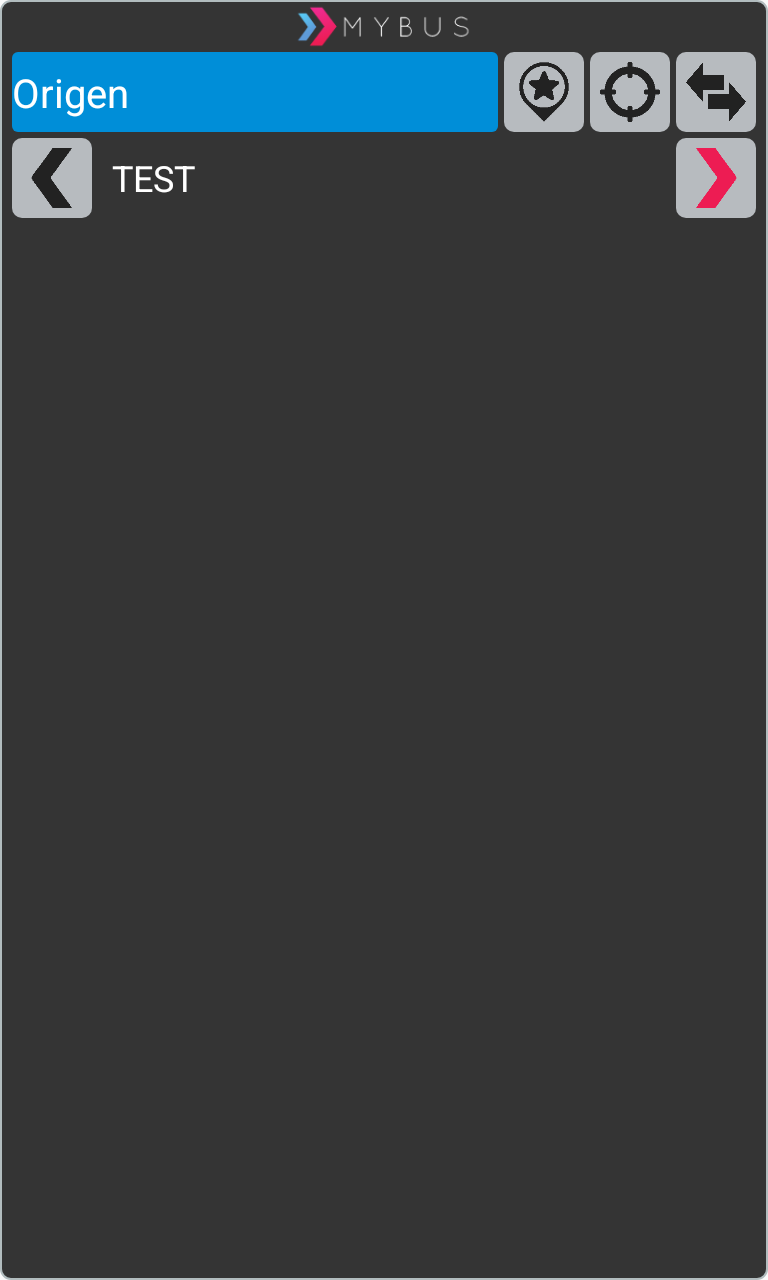
Repository: cooliopas/MyBus
Layout: MyBusAndroid/res/layout/fragment_filters.xml
The author's editor kept a copy of each file at every save. The layout is drawn from the files as they stood at one save, then again after the next save.
It is drawn on a 768 x 1280 px phone screen (xhdpi) without system bars, with theme AppTheme; the app's code is not run.

Above is the layout before, as saved 2014-08-30 21:06:55.

### MyBusAndroid/res/layout/fragment_filters.xml
<?xml version="1.0" encoding="utf-8"?>
<LinearLayout xmlns:android="http://schemas.android.com/apk/res/android"
    android:id="@+id/layout_main_filter"
    android:layout_width="match_parent"
    android:layout_height="wrap_content"
    android:background="@layout/layout_bg"
    android:gravity="center|top"
    android:orientation="vertical" >

    <LinearLayout
        android:layout_width="match_parent"
        android:layout_height="26dp"
        android:gravity="center"
        android:paddingBottom="1dp"
        android:paddingTop="1dp" >

        <ImageView
            android:id="@+id/imageView1"
            android:layout_width="100dp"
            android:layout_height="24dp"
            android:scaleType="fitCenter"
            android:src="@drawable/logoblanco" />

    </LinearLayout>

    <LinearLayout
        android:layout_width="match_parent"
        android:layout_height="wrap_content"
        android:layout_marginBottom="3dp"
        android:background="@null"
        android:orientation="horizontal"
        android:paddingLeft="3dp"
        android:paddingRight="3dp" >

        <LinearLayout
            android:id="@+id/layout_orig_dest"
            android:layout_width="match_parent"
            android:layout_height="match_parent"
            android:layout_marginLeft="3dp"
            android:layout_weight="1"
            android:background="@layout/statusmode_origin"
            android:gravity="center|left" >

            <TextView
                android:id="@+id/tv_orig_dest"
                android:layout_width="wrap_content"
                android:layout_height="wrap_content"

                android:text="@string/Origin"
                android:textAppearance="?android:attr/textAppearanceSmall"
                android:textColor="@color/pure_white"
                android:textSize="20dp"
                android:typeface="sans" />

        </LinearLayout>

        <LinearLayout
            android:layout_width="wrap_content"
            android:layout_height="match_parent"
            android:gravity="center|right" >

            <LinearLayout
                android:id="@+id/Layout_star"
                android:layout_width="wrap_content"
                android:layout_height="wrap_content"
                android:background="@null" >

                <ImageButton
                    android:id="@+id/b_favorites"
                    style="@style/ButtonDefaultStyle"
                    android:layout_marginLeft="3dp"
                    android:padding="5dp"
                    android:scaleType="fitXY"
                    android:src="@drawable/favorite" />

            </LinearLayout>

            <LinearLayout
                android:id="@+id/Layout_gps"
                android:layout_width="wrap_content"
                android:layout_height="wrap_content"
                android:background="@null" >

                <ImageButton
                    android:id="@+id/b_gps"
                    style="@style/ButtonDefaultStyle"
                    android:layout_marginLeft="3dp"
                    android:padding="5dp"
                    android:scaleType="fitXY"
                    android:src="@drawable/location" />

            </LinearLayout>

            <LinearLayout
                android:layout_width="wrap_content"
                android:layout_height="wrap_content" >

                <ImageButton
                    android:id="@+id/b_switch"
                    style="@style/ButtonDefaultStyle"
                    android:layout_marginLeft="3dp"
                    android:layout_marginRight="3dp"
                    android:cropToPadding="false"
                    android:padding="5dp"
                    android:scaleType="fitXY"
                    android:src="@drawable/cambio" />

            </LinearLayout>

        </LinearLayout>

    </LinearLayout>

    <RelativeLayout
        android:layout_width="wrap_content"
        android:layout_height="wrap_content"
        android:background="@null"
        android:paddingBottom="5dp"
        android:paddingLeft="3dp"
        android:paddingRight="3dp" >

        <LinearLayout
            android:id="@+id/Layout_origin"
            android:layout_width="match_parent"
            android:layout_height="wrap_content"
            android:background="@null"
            android:gravity="center"
            android:visibility="visible" >

            <ImageButton
                android:id="@+id/b_back_1"
                style="@style/ButtonDefaultStyle"
                android:layout_marginLeft="3dp"
                android:padding="5dp"
                android:scaleType="fitXY"
                android:src="@drawable/backhome" />

            <EditText
                android:id="@+id/et_origin"
                android:layout_width="match_parent"
                android:layout_height="match_parent"
                android:layout_marginLeft="10dp"
                android:layout_marginRight="10dp"
                android:layout_weight="1"
                android:background="@color/mybus_gray_dark"
                android:ems="10"
                android:hint="@string/IngreseOrigen"
                android:inputType="textPersonName"
                android:text="TEST"
                android:textColor="@color/white"
                android:typeface="sans" />

            <ImageButton
                android:id="@+id/b_confirm_origin"
                style="@style/ButtonDefaultStyle"
                android:layout_height="40dp"
                android:layout_marginRight="3dp"
                android:padding="5dp"
                android:scaleType="fitXY"
                android:src="@drawable/nextdestino" />

        </LinearLayout>

        <LinearLayout
            android:id="@+id/Layout_destiny"
            android:layout_width="match_parent"
            android:layout_height="wrap_content"
            android:background="@null"
            android:gravity="center"
            android:visibility="invisible" >

            <ImageButton
                android:id="@+id/b_back_2"
                style="@style/ButtonDefaultStyle"
                android:layout_marginLeft="3dp"
                android:padding="5dp"
                android:scaleType="fitXY"
                android:src="@drawable/backorigen" />

            <EditText
                android:id="@+id/et_destiny"
                android:layout_width="match_parent"
                android:layout_height="match_parent"
                android:layout_marginLeft="10dp"
                android:layout_marginRight="10dp"
                android:layout_weight="1"
                android:background="@color/mybus_gray_dark"
                android:hint="@string/IngreseDestino"
                android:inputType="textPersonName"
                android:textColor="@color/white"
                android:typeface="sans" />

                <!-- android:textColorLink="@android:color/holo_blue_light"  -->

            <ImageButton
                android:id="@+id/b_confirm_destiny"
                style="@style/ButtonDefaultStyle"
                android:layout_marginRight="3dp"
                android:padding="4dp"
                android:scaleType="fitXY"
                android:src="@drawable/botonbuscar" />

        </LinearLayout>

    </RelativeLayout>

</LinearLayout>

### MyBusAndroid/res/values/styles.xml
<resources xmlns:android="http://schemas.android.com/apk/res/android">

    <!--
        Base application theme, dependent on API level. This theme is replaced
        by AppBaseTheme from res/values-vXX/styles.xml on newer devices.




    -->
    <style name="AppBaseTheme" parent="@style/Theme.AppCompat.Light">
        <!--
            Theme customizations available in newer API levels can go in
            res/values-vXX/styles.xml, while customizations related to
            backward-compatibility can go here.




        -->
    </style>

    <!-- Application theme. -->
    <style name="AppTheme" parent="AppBaseTheme">

        <!-- All customizations that are NOT specific to a particular API-level can go here. -->
        <item name="android:actionBarStyle">@style/MyBusActionBar</item>
        <item name="actionBarStyle">@style/MyBusActionBar</item>

   		<!-- Straight import from http://stackoverflow.com/questions/16404820/how-to-set-default-font-family-for-entire-android-app -->
   	    <!--  <item name="android:textViewStyle">@style/RobotoTextViewStyle</item>
   	    <item name="android:editTextStyle">@style/RobotoTextViewStyle</item>
	    <item name="android:buttonStyle">@style/RobotoButtonStyle</item>-->
	    <item name="android:typeface">sans</item>

    </style>

    <style name="listRow" parent="android:Widget.Holo.Light.TextView">
        <item name="android:textColor">@color/white</item>
        <item name="android:layout_width">wrap_content</item>
        <item name="android:layout_height">wrap_content</item>
    </style>

    <style name="list" parent="android:Widget.Holo.Light.TextView">
        <item name="android:background">@color/mybus_gray_light</item>
        <item name="android:layout_width">wrap_content</item>
        <item name="android:layout_height">wrap_content</item>
    </style>

    <!-- Straight import from http://stackoverflow.com/questions/16404820/how-to-set-default-font-family-for-entire-android-app -->
    <style name="RobotoTextViewStyle" parent="android:Widget.TextView">
        <item name="android:typeface">sans</item>
    </style>

    <style name="RobotoButtonStyle" parent="android:Widget.Holo.Button">
        <item name="android:fontFamily">sans-serif-light</item>
    </style>

    <!-- Straight import from http://stackoverflow.com/questions/5861661 -->
    <style name="MyBusActionBar" parent="@style/Widget.AppCompat.Light.ActionBar">
        <item name="android:background">@color/mybus_gray_dark</item>
        <item name="background">@color/mybus_gray_dark</item>
        <item name="android:titleTextStyle">@style/ActionBarTitleText</item>
        <item name="titleTextStyle">@style/ActionBarTitleText</item>
    </style>

    <style name="ActionBarTitleText" parent="@style/TextAppearance.AppCompat.Widget.ActionBar.Title">
        <item name="android:textColor">@color/white</item>
    </style>

    <style name="ActionBarSubTitleText" parent="@style/TextAppearance.AppCompat.Widget.ActionBar.Subtitle">
        <item name="android:textColor">@color/white</item>
    </style>

    <style name="DefaultWhiteText" parent="@style/AppTheme">
        <item name="android:textColor">@color/white</item>
    </style>

    <style name="ButtonDefaultStyle">
        <item name="android:background">@layout/button_bg</item>
        <item name="background">@layout/button_bg</item>
        <item name="android:layout_width">40dp</item>
        <item name="android:layout_height">40dp</item>
    </style>

    <style name="Bg_infobus">
        <item name="android:background">@layout/litght_bg_infobus</item>
        <item name="background">@layout/litght_bg_infobus</item>
        <item name="android:layout_width">50dp</item>
        <item name="android:layout_height">wrap_content</item>
    </style>

</resources>

### MyBusAndroid/res/values-v14/styles.xml
<resources>

    <!--
        Base application theme for API 14+. This theme completely replaces
        AppBaseTheme from BOTH res/values/styles.xml and
        res/values-v11/styles.xml on API 14+ devices.
    -->
    <style name="AppBaseTheme" parent="@style/Theme.AppCompat.Light">
        <!-- API 14 theme customizations can go here. -->
    </style>

</resources>

### MyBusAndroid/res/values/colors.xml
<?xml version="1.0" encoding="utf-8"?>
<resources>

    <item name="color_511a" type="color">#4d0302</item>
    <item name="color_511b" type="color">#4d0302</item>
    <item name="color_511ch" type="color">#4d0302</item>
    <item name="color_511f" type="color">#4d0302</item>
    <item name="color_511g" type="color">#4d0302</item>
    <item name="color_511p" type="color">#4d0302</item>
    <item name="color_511Ron" type="color">#4d0302</item>
    <item name="color_512a" type="color">#4d0302</item>
    <item name="color_512b" type="color">#4d0302</item>
    <item name="color_521" type="color">#d60405</item>
    <item name="color_522" type="color">#d60405</item>
    <item name="color_523" type="color">#d60405</item>
    <item name="color_525" type="color">#d60405</item>
    <item name="color_531" type="color">#2c800e</item>
    <item name="color_532" type="color">#2c800e</item>
    <item name="color_533" type="color">#2c800e</item>
    <item name="color_541" type="color">#d60405</item>
    <item name="color_542" type="color">#d60405</item>
    <item name="color_543" type="color">#d60405</item>
    <item name="color_551" type="color">#d60405</item>
    <item name="color_552" type="color">#d60405</item>
    <item name="color_552a" type="color">#d60405</item>
    <item name="color_553" type="color">#d60405</item>
    <item name="color_554" type="color">#d60405</item>
    <item name="color_555" type="color">#d60405</item>
    <item name="color_562" type="color">#00338e</item>
    <item name="color_563a" type="color">#00338e</item>
    <item name="color_563b" type="color">#00338e</item>
    <item name="color_571a" type="color">#f77306</item>
    <item name="color_571b" type="color">#f77306</item>
    <item name="color_573" type="color">#f77306</item>
    <item name="color_573b" type="color">#f77306</item>
    <item name="color_581" type="color">#e50000</item>
    <item name="color_591a" type="color">#2e88d6</item>
    <item name="color_591b" type="color">#2e88d6</item>
    <item name="color_593a" type="color">#2e88d6</item>
    <item name="color_593b" type="color">#2e88d6</item>
    <item name="color_717cv" type="color">#4d0302</item>
    <item name="color_717lp" type="color">#4d0302</item>
    <item name="color_717sp" type="color">#4d0302</item>
    <item name="color_720" type="color">#01755e</item>
    <item name="origin_blue" type="color">#008ed8</item>
    <item name="dest_purple" type="color">#d80056</item>
    <item name="white" type="color">#FFFFFF</item>
    <item name="black" type="color">#000000</item>
    <item name="mybus_gray_dark" type="color">#343434</item>
    <item name="mybus_gray_light" type="color">#6b6b6b</item>
  	<item name="background_base_window" type="color">#eeeeee</item>
  	<item name="pure_white" type="color">#ffffff</item>
  	<item name="naranja1" type="color">#D7AD00</item>
  	<item name="light_gray" type="color">#b7bbbf</item>
  	<item name="splash_silver" type="color">#f2f2f3</item>


</resources>

### MyBusAndroid/res/layout/layout_bg.xml
<?xml version="1.0" encoding="utf-8"?>
<shape xmlns:android="http://schemas.android.com/apk/res/android">
    <solid android:color="@color/mybus_gray_dark"/>
    <stroke android:width="1dip" android:color="#B1BCBE" />
    <corners android:radius="5dip"/>
    <padding android:left="0dip" android:top="0dip" android:right="0dip" android:bottom="0dip" />
</shape>

### MyBusAndroid/res/layout/statusmode_origin.xml
<?xml version="1.0" encoding="utf-8"?>
<shape xmlns:android="http://schemas.android.com/apk/res/android">
    <solid android:color="@color/origin_blue"/>
    <stroke android:width="0dip" android:color="#B1BCBE" />
    <corners android:radius="3dip"/>
    <padding android:left="0dip" android:top="0dip" android:right="0dip" android:bottom="0dip" />
</shape>

### MyBusAndroid/res/values/strings.xml
<?xml version="1.0" encoding="utf-8"?>
<resources>

    <string-array name="navigation_drawer_items_array">
        <item>Lugares favoritos</item>
        <item>Puntos de carga cercanos</item>
        <item>Tarifas</item>
        <item>Recorridos</item>
        <item>Configuración</item>
    </string-array>

    <string name="app_name">MyBus</string>
    <string name="action_settings">Settings</string>
    <string name="title_section1">Section 1</string>
    <string name="title_section2">Section 2</string>
    <string name="title_section3">Section 3</string>
    <string name="closest_recharge_points">Puntos de recarga cercanos</string>
    <string name="confirm">Confirmar</string>
    <string name="deletion_confirmation">¿Quiere borrar esta ubicación?</string>
    <string name="favorites_list_purge">Vaciar lista</string>
    <string name="btn_show_on_map">Mostrar en mapa</string>
    <string name="label_check_favorites">Mostrar favoritos en el mapa</string>
    <string name="label_check_stations">Mostrar puntos de carga en el mapa</string>
    <string name="reselect_message">¿Desea reseleccionar el punto?</string>
    <string name="Select">Seleccionar</string>
    <string name="Origin">Origen</string>
    <string name="Destination">Destino</string>
    <string name="Destinationlocation">Ubicación de destino</string>
    <string name="Originlocation">Ubicación de origen</string>
    <string name="Favorites">Favoritos</string>
    <string name="MarkerOptions">Opciones del Marcador</string>
    <string name="Buses">Colectivos</string>
    <string name="action_bar_show_map">Mostrar mapa</string>
    <string name="FavName">Nombre del favorito</string>
    <string name="Time">Tiempo</string>
    <string name="Km">Km.</string>
    <string name="Distance">Dist.</string>
    <string name="Caminar">Caminar</string>
    <string name="HaciaParada">hacia</string>
    <string name="Tomar">Tomar </string>
    <string name="Descender">Descender en</string>
    <string name="InfoRecorrido">Informacion de Recorrido</string>
    <string name="CargandoRuta">"Cargando ruta..."</string>
    <string name="NoResults">No se encontraron resultados para esta búsqueda</string>
    <string name="warning_trash_favorites">¿Realmente desea vaciar la lista de favoritos?</string>
    <string name="CaminarHasta">Caminar hasta</string>
	<string name="MiPosicionActual">Mi posición actual</string>
	<string name="Yo">Yo</string>
	<string name="PuntoFueraDeRango">Este punto está fuera de rango</string>
	<string name="Minutos">Minutos</string>
	<string name="Kms">Kms.</string>
	<string name="Minutos2">Min.</string>
	<string name="recharge_point_schedule">"Horario: "</string>
	<string name="mode_recharge_stations">Modo de mapa: puntos de recarga</string>
	<string name="recharge_stations">Puntos de recarga</string>
	<string name="map_failure_warning">No se puede crear el mapa</string>
	<string name="marker_loading">Buscando Ubicación...</string>
	<string name="server_connection_failure_notice">No se puede conectar con el servidor</string>
	<string name="queried_address_failure">No hay resultados para el domicilio solicitado</string>
	<string name="bus_stop">Parada</string>
	<string name="bus_line">"Línea "</string>
	<string name="line_start">(principio)</string>
	<string name="line_end">(fin)</string>
	<string name="favorites_list_empty">No has creado ubicaciones favoritas aún.</string>
	<string name="correct_value_origin">Ingrese un valor correcto para el origen o toque el mapa</string>
	<string name="correct_value_destination">Ingrese un valor correcto para el destino o toque el mapa</string>
    <string name="org_dest_must_completed">Los puntos de origen y destino deben estar ingresados</string>
    <string name="new_favorite_added">Nuevo favorito agregado</string>
    <string name="char_min">El nombre debe tener como minimo 3 caracteres</string>
    <string name="complete_markers">Deben estar ingresados el origen y el destino para el intercambio</string>
    <string name="switch_complete">Intercambio realizado</string>
    <string name="IngreseOrigen">"Ingrese dirección origen"</string>
    <string name="IngreseDestino">"Ingrese dirección destino"</string>
    <string name="BuscandoDireccion">Buscando Direccion...</string>
</resources>

### MyBusAndroid/res/layout/button_bg.xml
<?xml version="1.0" encoding="utf-8"?>
<selector
xmlns:android="http://schemas.android.com/apk/res/android">

<item android:state_pressed="true" >
    <shape>
        <solid android:color="#7AB6D1"/>
    	<stroke android:width="0dip" android:color="#B1BCBE" />
    	<corners android:radius="5dip"/>
    	<padding android:left="0dip" android:top="0dip" android:right="0dip" android:bottom="0dip" />
    </shape>
</item>

<item android:state_pressed="false" >
    <shape>
	    <solid android:color="@color/light_gray"/>
	    <stroke android:width="0dip" android:color="#B1BCBE" />
	    <corners android:radius="5dip"/>
	    <padding android:left="0dip" android:top="0dip" android:right="0dip" android:bottom="0dip" />
	</shape>
</item>

</selector>

Loaded but not shown: MyBusAndroid/res/values-v11/styles.xml (common file)

After the next save:
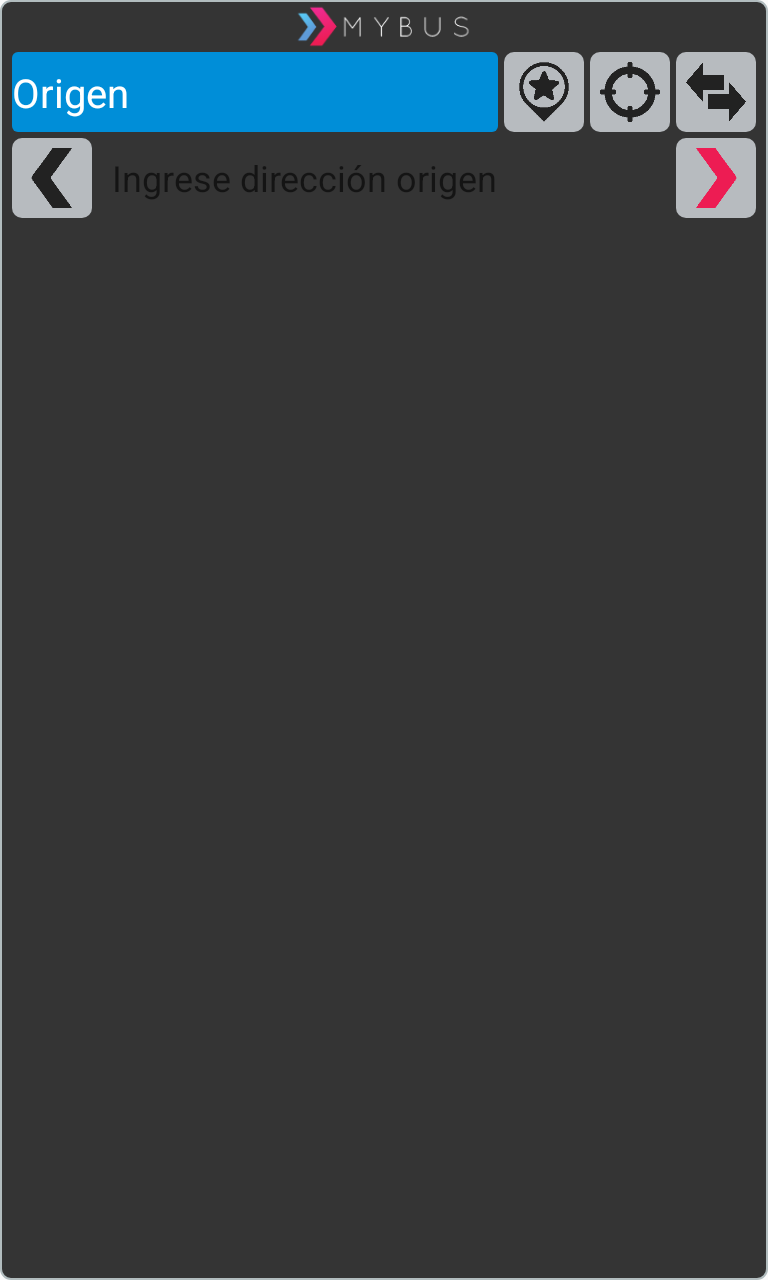
Saved 90 s later.
--- a/MyBusAndroid/res/layout/fragment_filters.xml
+++ b/MyBusAndroid/res/layout/fragment_filters.xml
@@ -146,7 +146,7 @@
                 android:ems="10"
                 android:hint="@string/IngreseOrigen"
                 android:inputType="textPersonName"
-                android:text="TEST"
+
                 android:textColor="@color/white"
                 android:typeface="sans" />
 
